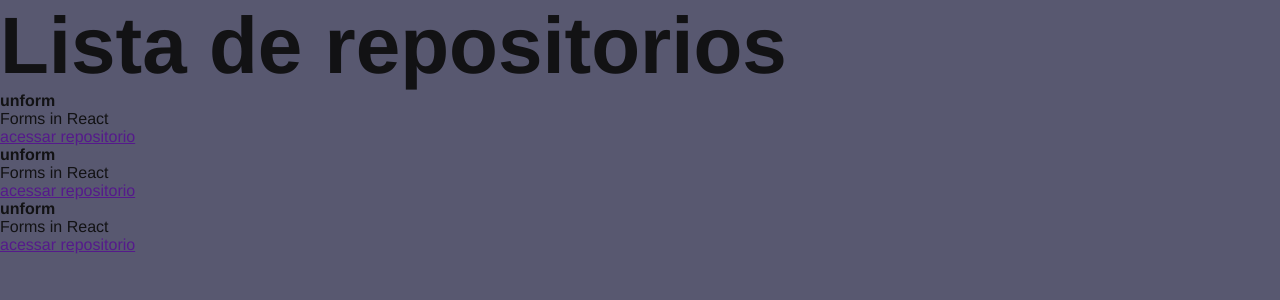
Repository: niltonmalves/01-githug-explorer
Page: /
The author's editor kept a copy of each file at every save. The page is drawn from the files as they stood at one save, then again after the next save.
The browser window is 1280 px wide. The pictures show the whole page.
The project was rebuilt for these pictures with package versions that can differ from the ones it lists, and the page was loaded fresh each time. Also part of the build but not shown: webpack.config.js.

Above is the page before, as saved 2022-01-06 14:36:19.

After the next save:
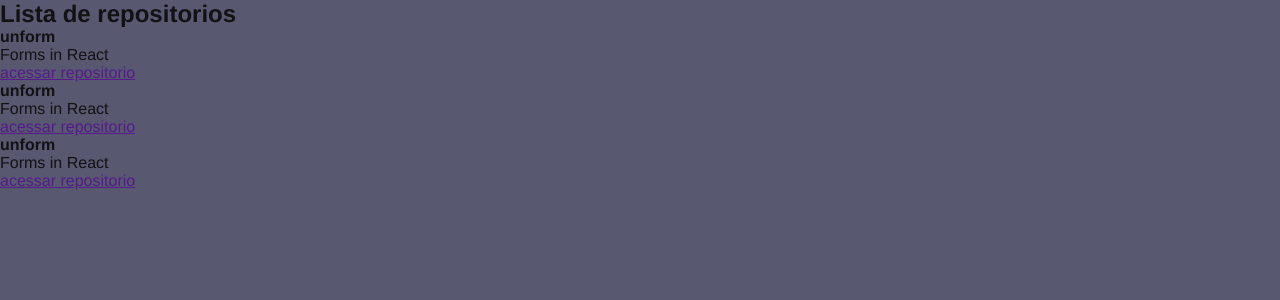
Saved 14 s later.
--- a/src/styles/global.scss
+++ b/src/styles/global.scss
@@ -8,7 +8,5 @@
     font: 16px "Helvetica Neue", Arial, sans-serif;
     color: #121214;
     background-color: rgb(88, 88, 112);
-    h1 {
-        font-size: 80px;
-    }
+
 }
